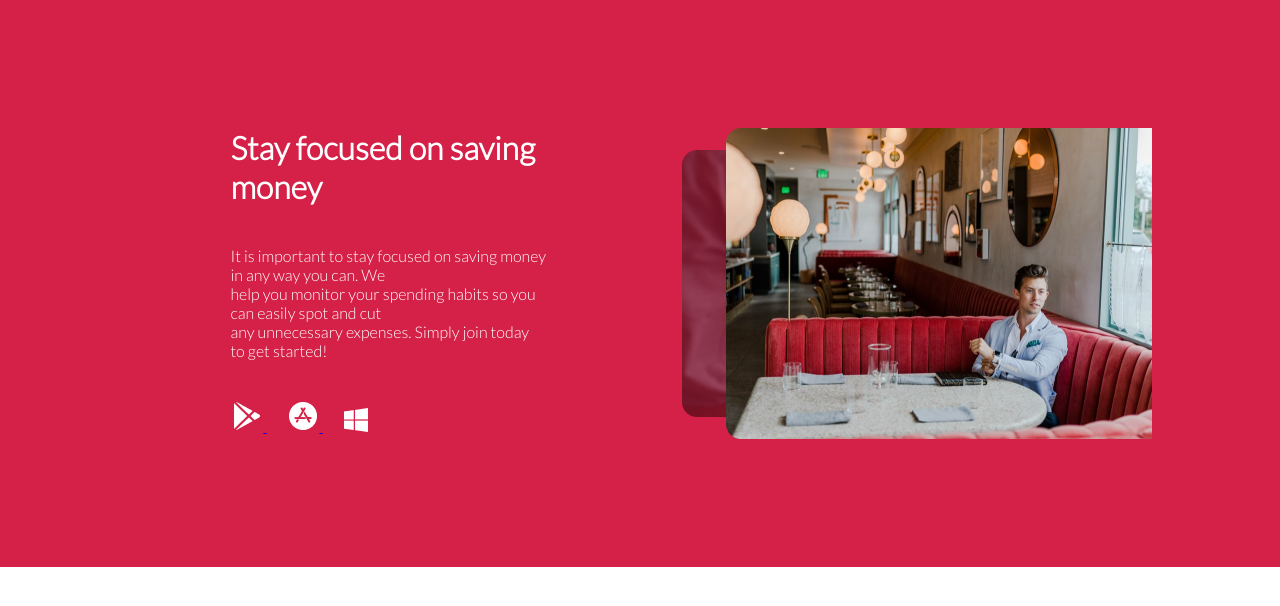
Repository: batonAnton/Cursor_lecture4
Page: index.html
These files come from the project's save history. The page is drawn as it stood at one moment and after the next save; the edit follows.
The browser window is 1280 px wide. The pictures show the whole page.

Above is the page before, as saved 2022-06-08 14:21:10.

### index.html
<!DOCTYPE html>
<html lang="en">
<head>
    <meta charset="UTF-8">
    <meta http-equiv="X-UA-Compatible" content="IE=edge">
    <meta name="viewport" content="width=device-width, initial-scale=1.0">
    <title>CloudBudget Freebie</title>
    <link rel="preconnect" href="https://fonts.googleapis.com">
    <link rel="preconnect" href="https://fonts.gstatic.com" crossorigin>
    <link href="https://fonts.googleapis.com/css2?family=Lato:wght@300&display=swap" rel="stylesheet">
    <link rel="stylesheet" href="css/style.css">
</head>
<body>
    <header>
        <div class="info-box">
            <h1>Stay focused on saving <br> money</h1>
            <p>It is important to stay focused on saving money in any way you can. We <br> help you monitor your spending habits so you can easily spot and cut <br> any unnecessary expenses. Simply join today to get started!</p>

            <div class="link_source">
                <a href="https://play.google.com/store/games?hl=uk&gl=US">
                    <img src="/image/icon/google_play.png" alt="icon-google">
                </a>
                <a href="https://www.apple.com/ua/app-store/">
                    <img src="/image/icon/apstore.png" alt="icon-apstore">
                </a>
                <a href="https://www.microsoft.com/uk-ua/software-download/windows10">
                    <img src="/image/icon/windows.png" alt="icon-windows">
                </a>
            </div>
        </div>

        <div class="big_img"></div>
    </header>
</body>
</html>

### css/style.css
* {
  font-family: "Lato", sans-serif;
  margin: 0;
  padding: 0;
  box-sizing: border-box;
}

header {
  width: 100%;
  height: 20%;
  padding: 10%;
  color: #ffffff;
  display: inline-flex;
  background-color: #d52047;
}

.info-box {
  width: 50%;
  margin-left: 10%;
}

.info-box p {
  width:70% ;
  margin: 40px 0;
}

.link_source a{
    margin-left: -19px;
    padding: 0 20px;
}

.big_img {
  background-image: url("/image/Photo.png");
  width: 533px;
  height: 311px;
}

After the next save:
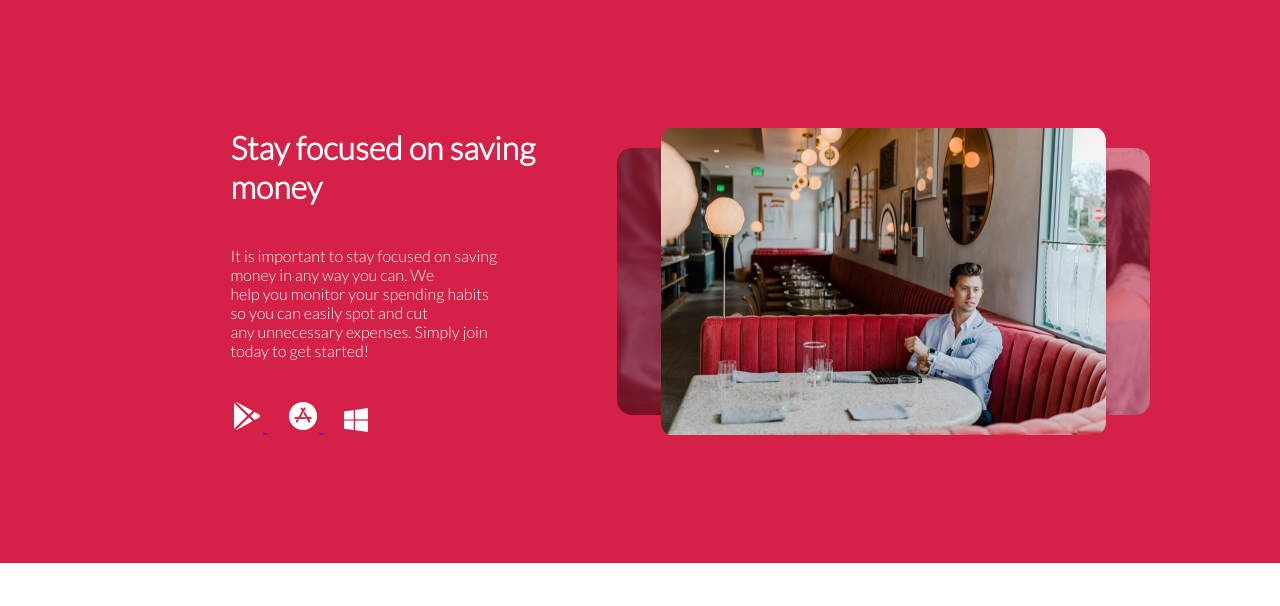
Saved 8 min 59 s later.
--- a/css/style.css
+++ b/css/style.css
@@ -31,6 +31,8 @@ header {
 
 .big_img {
   background-image: url("/image/Photo.png");
-  width: 533px;
-  height: 311px;
+  width: 70%;
+    /* height: 311px; */
+    background-repeat: no-repeat;
+    background-position: center;
 }
